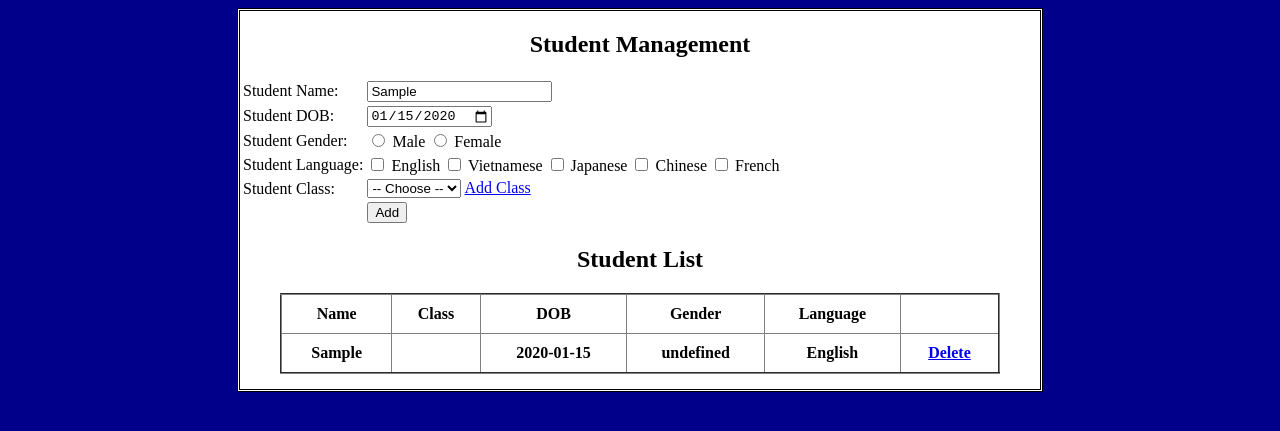
Repository: AnhDuc0125/HTML-Aptech
Page: exam/nextPage.html
An editor plug-in stored every save of this project. The page is shown before and after the next save, followed by the edit.
The browser window is 1280 px wide. The pictures show the whole page.
Empty fields were first filled with sample values (such as "Sample", 5 or name@example.com).
After loading, the first visible `button` was clicked once.

Above is the page before, as saved 2021-12-04 21:05:57.

After the next save:
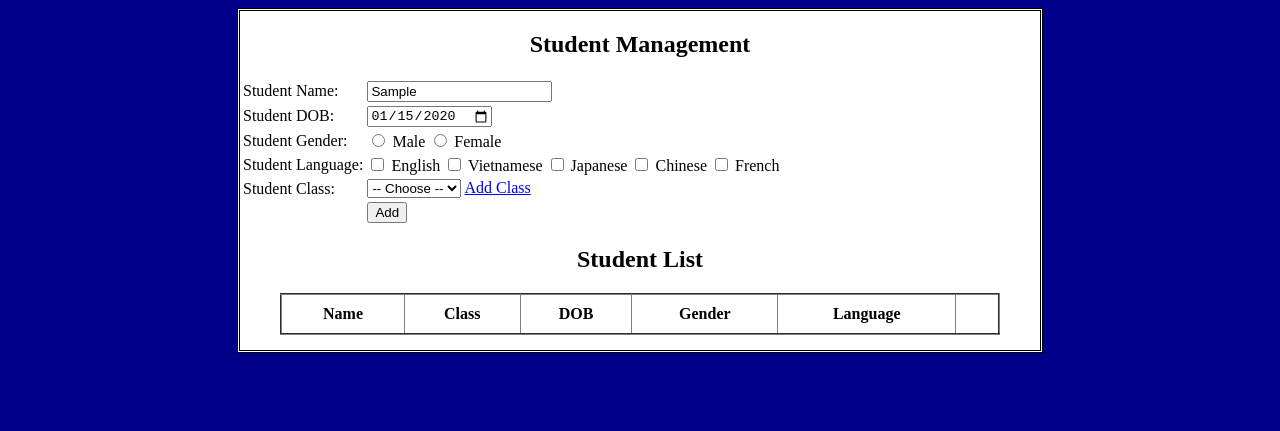
Console error: ReferenceError: fill_list is not defined
Saved 108 s later.
--- a/exam/nextPage.html
+++ b/exam/nextPage.html
@@ -104,27 +104,28 @@
                 }
             var language = document.getElementById('language_id').value
 
+            var student = {
+                "name" : name,
+                "class" : classTag,
+                "dob" : dob,
+                "gender" : sexTag,
+                "language" : language
+            }
+
+            student_list.push(student)
 
             var fill_list = document.getElementById('result')
-            fill_list.innerHTML += (`
-            <tr>
-                <th>${name}</th>
-                <th>${classTag}</th>
-                <th>${dob}</th>
-                <th>${sexTag}</th>
-                <th>${language}</th>
-                <th><a href="#" onclick="">Delete</a></th>
-                </tr>`)
+            show_list()
+            // fill_list.innerHTML += (`
+            // <tr>
+            //     <th>${name}</th>
+            //     <th>${classTag}</th>
+            //     <th>${dob}</th>
+            //     <th>${sexTag}</th>
+            //     <th>${language}</th>
+            //     <th><a href="#" onclick="">Delete</a></th>
+            //     </tr>`)
 
-                var student = {
-                    "name" : name,
-                    "class" : classTag,
-                    "dob" : dob,
-                    "gender" : sexTag,
-                    "language" : language
-                }
-
-                student_list.push(student)
         }
 
         function delete_std(index) {

After the save that followed:
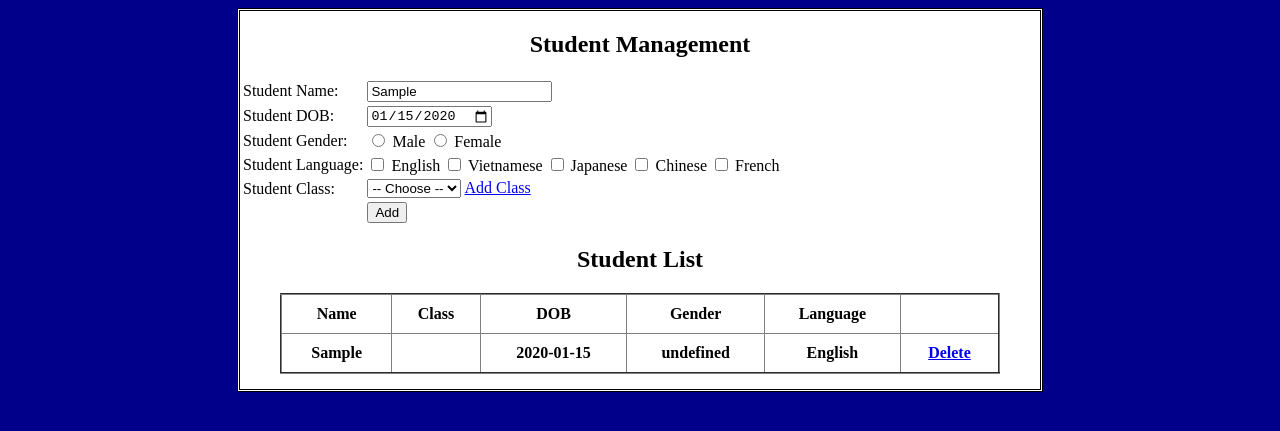
The error is gone.
Saved 35 s later.
--- a/exam/nextPage.html
+++ b/exam/nextPage.html
@@ -114,7 +114,7 @@
 
             student_list.push(student)
 
-            var fill_list = document.getElementById('result')
+
             show_list()
             // fill_list.innerHTML += (`
             // <tr>
@@ -134,6 +134,7 @@
         }
 
         function show_list() {
+            var fill_list = document.getElementById('result')
             for(i=0; i<student_list.length; i++) {
                 fill_list.innerHTML += (`
                 <tr>
